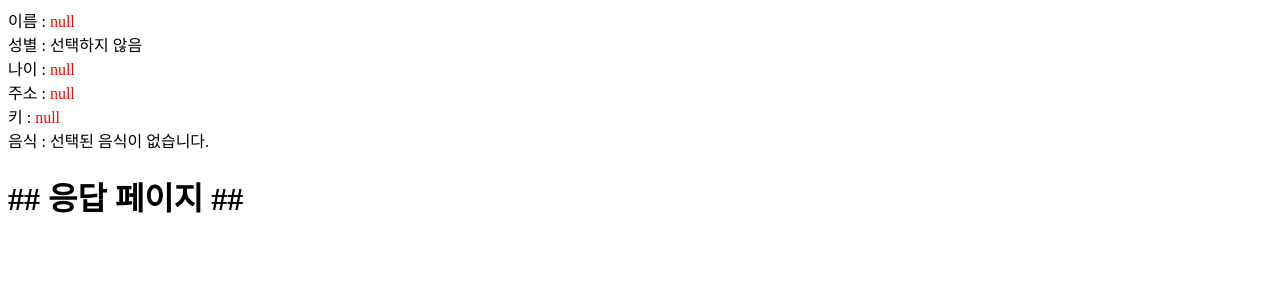
Repository: kkh1396/kh_front
Page: http://localhost/1.servlet/views/responsePage.jsp
An editor plug-in stored every save of this project. The page is shown before and after the next save, followed by the edit.
The browser window is 1280 px wide. The pictures show the whole page.
The page is served by Tomcat 9. Other server files are loaded and not shown. The template is opened directly, without the code that normally fills it, so the values that code supplies are empty.

Above is the page before, as saved 2025-03-19 06:33:46.

### 05_server/1.servlet/src/main/webapp/views/responsePage.jsp
<%@ page language="java" contentType="text/html; charset=UTF-8"
    pageEncoding="UTF-8"%>
<!DOCTYPE html>
<html>
<head>
<meta charset="UTF-8">
<title>응답용 페이지</title>

   <style >
     span {color : red}
   </style>
</head>
<body>

	<!-- HTML 주석 -->
	<%-- jsp 주석 --%>
	<%-- 자바 코드 작성하기 --%>
	<%
	   //System.out.println("hi! jsp");
	   // * 스크립틀릿 (sciptlet) : HTML문서 내에서 JAVA코드를
	   //   작성할수 있는 영역

	   // * 서블릿을 통해 전달된 데이터를 추출
	   String name = (String)request.getAttribute("name");
	   String gender  = (String)request.getAttribute("gender");
	   String age =  (String)request.getAttribute("age");
	   String address = (String)request.getAttribute("address");
	   String height =  (String)request.getAttribute("height");
	   String[] foods = (String[])request.getAttribute("foods");
	%>

	<%-- 변수의 값을 화면상에 출력하고자 할 때, %=변수명 형태로 작성한다 --%>
	이름 : <span><%= name %></span> <br>
	성별 :
	<% if (gender == null) { %>
	    선택하지 않음
	<% } else {%>
	     <span><%= gender %></span>

	 <% } %>
	     <br>
	나이 : <span><%= age %></span> <br>
	주소 : <span><%= address %></span> <br>
	키 : <span><%= height %></span> <br>
	음식 :
		<% if (foods == null) { %>
		    선택된 음식이 없습니다.
		<% } else { %>
			<ol>
			<% for (String f : foods) { %>

		      <li> <%= f %> </li>

			<% } %>
			</ol>
		<% } %>


 	<h1>## 응답 페이지 ##</h1>
</body>
</html>

After the next save:
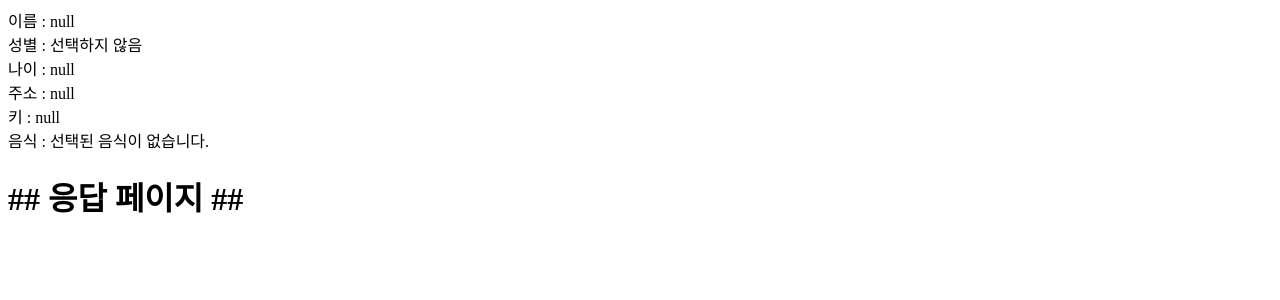
Saved 10 s later.
--- a/05_server/1.servlet/src/main/webapp/views/responsePage.jsp
+++ b/05_server/1.servlet/src/main/webapp/views/responsePage.jsp
@@ -7,7 +7,7 @@
 <title>응답용 페이지</title>
 
    <style >
-     span {color : red}
+     span {color : brwon}
    </style>
 </head>
 <body>
